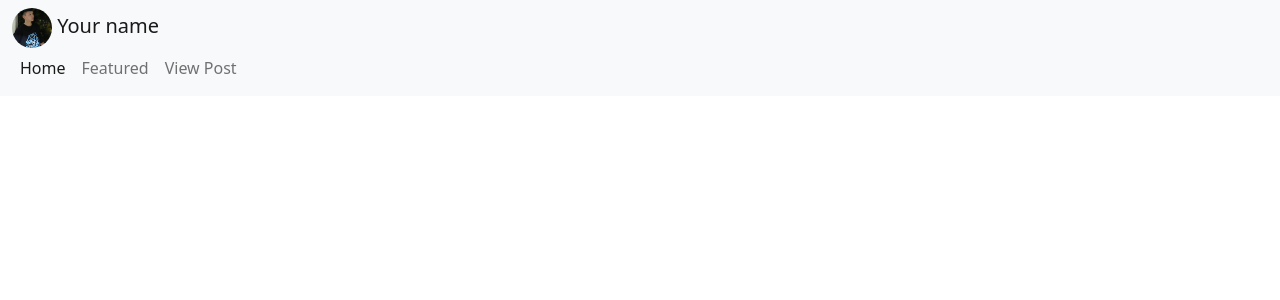
Repository: nvt01/72_1951061106_NgoVanTung
Page: BaiTh1/index.html
The author's editor kept a copy of each file at every save. The page is drawn from the files as they stood at one save, then again after the next save.
The browser window is 1280 px wide. The pictures show the whole page.

Above is the page before, as saved 2021-11-30 21:44:54.

### BaiTh1/index.html
<!DOCTYPE html>
<html lang="en">
<head>
    <meta charset="UTF-8">
    <meta http-equiv="X-UA-Compatible" content="IE=edge">
    <meta name="viewport" content="width=device-width, initial-scale=1.0">
    <title>Blog</title>
    <link rel="stylesheet" href="style.css">
    <!-- CSS only -->
    <link href="https://cdn.jsdelivr.net/npm/bootstrap@5.1.3/dist/css/bootstrap.min.css" rel="stylesheet" integrity="sha384-1BmE4kWBq78iYhFldvKuhfTAU6auU8tT94WrHftjDbrCEXSU1oBoqyl2QvZ6jIW3" crossorigin="anonymous">
</head>
<body>
    <div class="menu">
        <nav class="navbar navbar-expand-lg navbar-light bg-light">
                <div class="container-fluid">
                    <div class="navbar-wrap">
                        <a class="navbar-brand" href="#">
                            <img class="nav-img" src="./img/avatar.JPG" alt="">
                            Your name
                        </a>
                        <button class="navbar-toggler" type="button" data-bs-toggle="collapse" data-bs-target="#navbarSupportedContent" aria-controls="navbarSupportedContent" aria-expanded="false" aria-label="Toggle navigation">
                            <span class="navbar-toggler-icon"></span>
                        </button>
                        <div class="collapse navbar-collapse" id="navbarSupportedContent">
                            <ul class="navbar-nav me-auto mb-2 mb-lg-0">
                                <li class="nav-item">
                                    <a class="nav-link active" aria-current="page" href="#">Home</a>
                                </li>
                                <li class="nav-item">
                                    <a class="nav-link" href="#">Featured</a>
                                </li>
                                <li class="nav-item">
                                    <a class="nav-link" href="#">View Post</a>
                                </li>
                            </ul>
                        </div>
                    </div>
            </div>
        </nav>
    </div>
</body>
</html>

### BaiTh1/style.css
* {
    margin: 0;
    padding: 0;
    box-sizing: border-box;
}
.nav-img {
    width: 40px;
    height: 40px;
    border-radius: 50%;
    object-fit: cover;
}

.navbar-wrap {
    disp
}

After the next save:
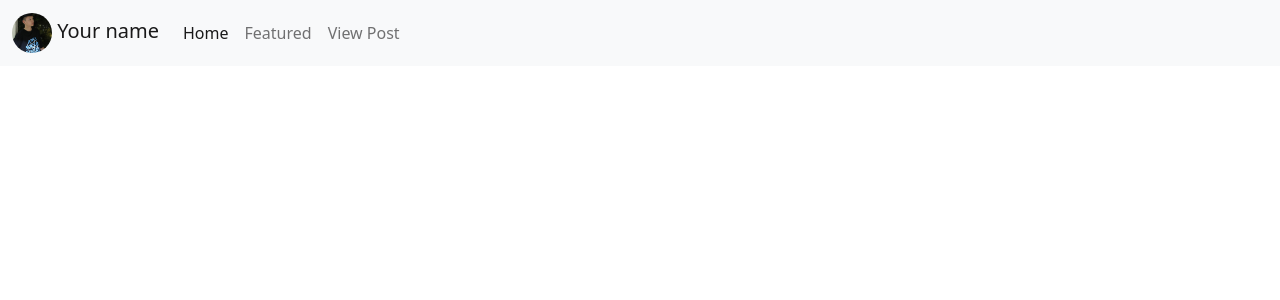
Saved 4 s later.
--- a/BaiTh1/style.css
+++ b/BaiTh1/style.css
@@ -11,5 +11,6 @@
 }
 
 .navbar-wrap {
-    disp
+    display: flex;
+    ju
 }
